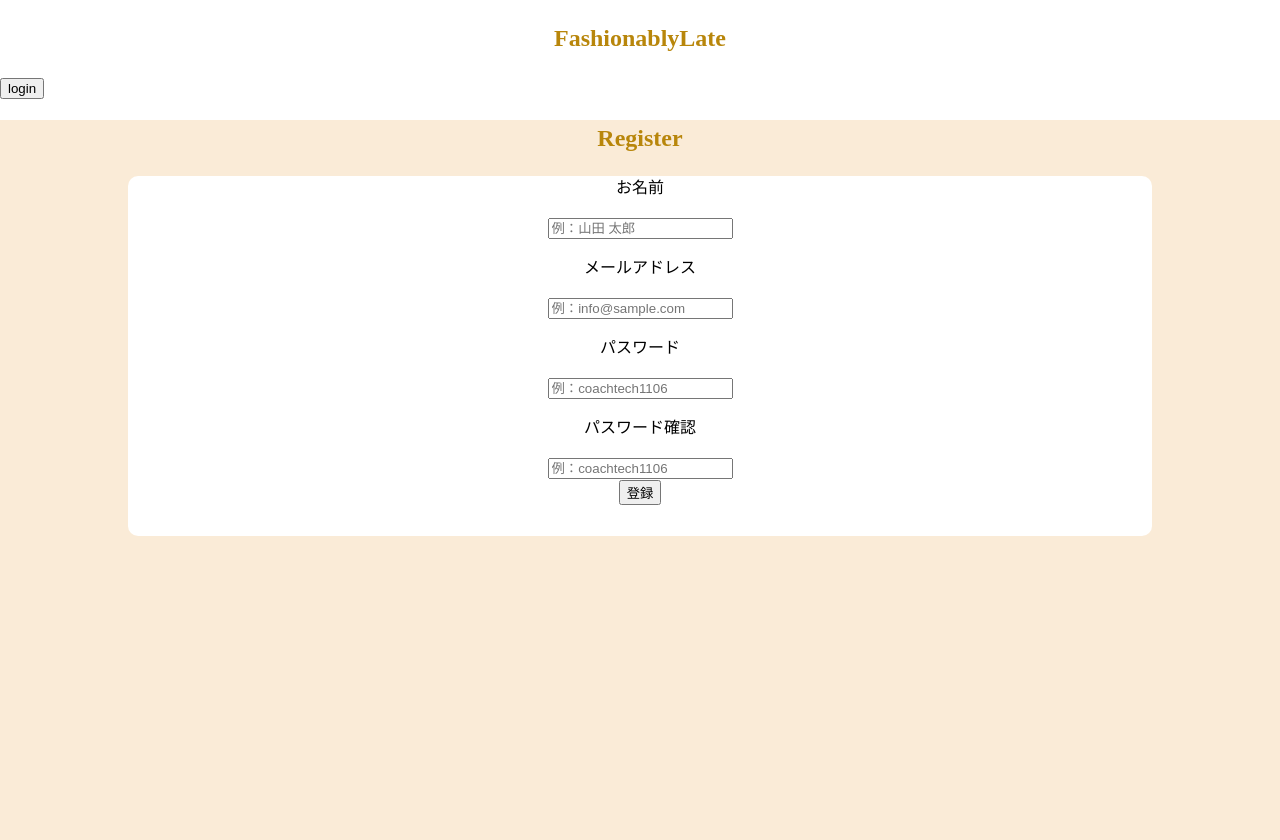
Repository: tokisiro/test-form
Page: http://localhost/register
These files come from the project's save history. The page is drawn as it stood at one moment and after the next save; the edit follows.
The browser window is 1280 px wide. The pictures show the whole page.
The page is served by the project's Laravel application, run on PHP 8.4 with Laravel 8. A made-up administrator, Test User (test@example.com), is signed in. Other server files are loaded and not shown.

Above is the page before, as saved 2025-05-07 20:36:38.

### src/routes/web.php
<?php

use Illuminate\Support\Facades\Route;
use App\Http\Controllers\ContactController;
use App\Http\Controllers\UsersController;
use Laravel\Fortify\Http\Controllers\AuthenticatedSessionController;
use Laravel\Fortify\Http\Controllers\RegisteredUserController;
/*
|--------------------------------------------------------------------------
| Web Routes
|--------------------------------------------------------------------------
|
| Here is where you can register web routes for your application. These
| routes are loaded by the RouteServiceProvider within a group which
| contains the "web" middleware group. Now create something great!
|
*/

Route::get('/',[ContactController::class, 'index']);
Route::post('/confirm',[ContactController::class, 'confirm']);
Route::post('/create',[ContactController::class, 'create']);

Route::post('/admin',[UsersController::class, 'admin']);
Route::get('/register',[UsersController::class, 'register']);




Route::middleware('auth')->group(function () {
    Route::get('/admin', [UsersController::class, 'admin']);
});

### src/app/Models/User.php
<?php

namespace App\Models;

use Illuminate\Contracts\Auth\MustVerifyEmail;
use Illuminate\Database\Eloquent\Factories\HasFactory;
use Illuminate\Foundation\Auth\User as Authenticatable;
use Illuminate\Notifications\Notifiable;
use Laravel\Sanctum\HasApiTokens;

class User extends Authenticatable
{
    use HasApiTokens, HasFactory, Notifiable;
    protected $table = 'users';

    /**
     * The attributes that are mass assignable.
     *
     * @var array<int, string>
     */
    protected $fillable = [
        'name',
        'email',
        'password',
        'remember_token',
    ];

    /**
     * The attributes that should be hidden for serialization.
     *
     * @var array<int, string>
     */
    protected $hidden = [
        'password',
        'remember_token',
    ];

    /**
     * The attributes that should be cast.
     *
     * @var array<string, string>
     */
    protected $casts = [
        'email_verified_at' => 'datetime',
    ];

    public function contacts()
{
    return $this->hasMany(Contact::class);
}
}

### src/app/Http/Controllers/UsersController.php
<?php

namespace App\Http\Controllers;

use App\Models\Category;
use App\Models\Contact;
use App\Models\User;
use Illuminate\Http\Request;
use App\Http\Requests\RegisterUserRequest;

//管理者用
class UsersController extends Controller
{
    public function register(){
        return view('register');
    }
    public function create(RegisterUserRequest $request){
        $form = $request->all();
        User::create($form);
        return view('login');
    }
    public function login(){
        return view('login');
    }
    public function admin(){


        $contacts = Contact::all()->map(function($contact) {
        switch($contact->gender) {
        case 1:
            $contact->gender_text = '男性';
            break;
        case 2:
            $contact->gender_text = '女性';
            break;
        case 3:
            $contact->gender_text = 'その他';
            break;
        default:
            $contact->gender_text = '';
            break;
        }
        // お問い合わせ内容を変換
        switch($contact->category_id) {
        case 1:
            $contact->category_name = '商品のお届けについて';
            break;
        case 2:
            $contact->category_name = '商品の交換について';
            break;
        case 3:
            $contact->category_name = '商品トラブル';
            break;
        case 4:
            $contact->category_name = 'ショップへのお問い合わせ';
            break;
        case 5:
            $contact->category_name = 'その他';
            break;
        default:
            $contact->category_name = '';
            break;
        }
        return $contact;
    });

    // もしももともと contacts がなければ空のコレクションを設定
    if ($contacts->isEmpty()) {
        $contacts = collect();
    }

    // ビューに渡す
    return view('admin', ['contacts' => $contacts]);


    }
}

### src/resources/views/register.blade.php
<!DOCTYPE html>
<html lang="ja">
<head>
    <meta charset="UTF-8">
    <meta http-equiv="X-UA-Compatible" content="IE=edge">
    <meta name="viewport" content="width=device-width, initial-scale=1.0">
    <title>FashionablyLate</title>
    <link rel="stylesheet" href="css/sanitize.css" />
    <link rel="stylesheet" href="css/register.css" />
</head>
<body>
    <!--ユーザー登録ページ-->
    <header class="header">
        <div class="header__inner">
            <a class="header__logo" href="/">
                FashionablyLate
            </a>
        </div>
        <div>
            <a class="header__button" href="/login">
                <button class="header__button-item">
                    login
                </button>
            </a>
        </div>
    </header>
    <main>
        <div class="register-form">
            <div class="register-form__title">
                <h2>Register</h2>
            </div>
            <div class="register-form__content">
                    <div class="register-form__content-item">
                        <form action="/register" method="post">
                            @csrf
                            @if (count($errors) > 0)
                            <ul>
                                @foreach ($errors->all() as $error)
                                    <li>{{$error}}</li>
                                @endforeach
                            </ul>
                        @endif
                            <p>お名前</p>
                            <input type="text" name="name" value="{{ old('name') }}" placeholder="例：山田 太郎">
                            <p>メールアドレス</p>
                            <input type="email" name="email" value="{{ old('email') }}" placeholder="例：info@sample.com">
                            <p>パスワード</p>
                            <input type="password" name="password" placeholder="例：coachtech1106">
                            <p>パスワード確認</p>
                            <input type="password" name="password_confirmation" placeholder="例：coachtech1106">
                            <div class="register-form__button">
                            <button class="register-form__button-submit" type="submit">
                                登録
                            </button>
                        </div>
                        </form>
                    </div>
                <!--ボタン類を記述-->
                </div>
            </div>
        </div>
    </main>
</body>
</html>

### src/public/css/sanitize.css
/* Document
* ========================================================================== */

/**
* Add border box sizing in all browsers (opinionated).
*/

*,
::before,
::after {
    box-sizing: border-box;
}

/**
* 1. Add text decoration inheritance in all browsers (opinionated).
* 2. Add vertical alignment inheritance in all browsers (opinionated).
*/

::before,
::after {
    vertical-align: inherit;
    /* 2 */
    text-decoration: inherit;
    /* 1 */
}

/**
* 1. Use the default cursor in all browsers (opinionated).
* 2. Change the line height in all browsers (opinionated).
* 3. Use a 4-space tab width in all browsers (opinionated).
* 4. Remove the grey highlight on links in iOS (opinionated).
* 5. Prevent adjustments of font size after orientation changes in
*    IE on Windows Phone and in iOS.
* 6. Breaks words to prevent overflow in all browsers (opinionated).
*/

html {
    word-break: break-word;
    /* 6 */
    -moz-tab-size: 4;
    /* 3 */
    tab-size: 4;
    /* 3 */
    line-height: 1.5;
    /* 2 */
    cursor: default;
    /* 1 */

    -webkit-tap-highlight-color: transparent
        /* 4 */
    ;
    -ms-text-size-adjust: 100%;
    /* 5 */
    -webkit-text-size-adjust: 100%;
    /* 5 */
}

/* Sections
* ========================================================================== */

/**
* Remove the margin in all browsers (opinionated).
*/

body {
    margin: 0;
}

/**
* Correct the font size and margin on `h1` elements within `section` and
* `article` contexts in Chrome, Edge, Firefox, and Safari.
*/

h1 {
    margin: 0.67em 0;
    font-size: 2em;
}

/* Grouping content
* ========================================================================== */

/**
* Remove the margin on nested lists in Chrome, Edge, IE, and Safari.
*/

dl dl,
dl ol,
dl ul,
ol dl,
ul dl {
    margin: 0;
}

/**
* Remove the margin on nested lists in Edge 18- and IE.
*/

ol ol,
ol ul,
ul ol,
ul ul {
    margin: 0;
}

/**
* 1. Add the correct sizing in Firefox.
* 2. Show the overflow in Edge 18- and IE.
*/

hr {
    overflow: visible;
    /* 2 */
    height: 0;
    /* 1 */
}

/**
* Add the correct display in IE.
*/

main {
    display: block;
}

/**
* Remove the list style on navigation lists in all browsers (opinionated).
*/

nav ol,
nav ul {
    padding: 0;
    list-style: none;
}

/**
* 1. Correct the inheritance and scaling of font size in all browsers.
* 2. Correct the odd `em` font sizing in all browsers.
*/

pre {
    font-size: 1em;
    /* 2 */
    font-family: monospace, monospace;
    /* 1 */
}

/* Text-level semantics
* ========================================================================== */

/**
* Remove the gray background on active links in IE 10.
*/

a {
    background-color: transparent;
}

/**
* Add the correct text decoration in Edge 18-, IE, and Safari.
*/

abbr[title] {
    text-decoration: underline;
    text-decoration: underline dotted;
}

/**
* Add the correct font weight in Chrome, Edge, and Safari.
*/

b,
strong {
    font-weight: bolder;
}

/**
* 1. Correct the inheritance and scaling of font size in all browsers.
* 2. Correct the odd `em` font sizing in all browsers.
*/

code,
kbd,
samp {
    font-size: 1em;
    /* 2 */
    font-family: monospace, monospace;
    /* 1 */
}

/**
* Add the correct font size in all browsers.
*/

small {
    font-size: 80%;
}

/* Embedded content
* ========================================================================== */

/*
* Change the alignment on media elements in all browsers (opinionated).
*/

audio,
canvas,
iframe,
img,
svg,
video {
    vertical-align: middle;
}

/**
* Add the correct display in IE 9-.
*/

audio,
video {
    display: inline-block;
}

/**
* Add the correct display in iOS 4-7.
*/

audio:not([controls]) {
    display: none;
    height: 0;
}

/**
* Remove the border on iframes in all browsers (opinionated).
*/

iframe {
    border-style: none;
}

/**
* Remove the border on images within links in IE 10-.
*/

img {
    border-style: none;
}

/**
* Change the fill color to match the text color in all browsers (opinionated).
*/

svg:not([fill]) {
    fill: currentColor;
}

/**
* Hide the overflow in IE.
*/

svg:not(:root) {
    overflow: hidden;
}

/* Tabular data
* ========================================================================== */

/**
* Collapse border spacing in all browsers (opinionated).
*/

table {
    border-collapse: collapse;
}

/* Forms
* ========================================================================== */

/**
* Remove the margin on controls in Safari.
*/

button,
input,
select {
    margin: 0;
}

/**
* 1. Show the overflow in IE.
* 2. Remove the inheritance of text transform in Edge 18-, Firefox, and IE.
*/

button {
    overflow: visible;
    /* 1 */
    text-transform: none;
    /* 2 */
}

/**
* Correct the inability to style buttons in iOS and Safari.
*/

button,
[type="button"],
[type="reset"],
[type="submit"] {
    -webkit-appearance: button;
}

/**
* 1. Change the inconsistent appearance in all browsers (opinionated).
* 2. Correct the padding in Firefox.
*/

fieldset {
    padding: 0.35em 0.75em 0.625em;
    /* 2 */
    border: 1px solid #a0a0a0;
    /* 1 */
}

/**
* Show the overflow in Edge 18- and IE.
*/

input {
    overflow: visible;
}

/**
* 1. Correct the text wrapping in Edge 18- and IE.
* 2. Correct the color inheritance from `fieldset` elements in IE.
*/

legend {
    display: table;
    /* 1 */
    max-width: 100%;
    /* 1 */
    color: inherit;
    /* 2 */
    white-space: normal;
    /* 1 */
}

/**
* 1. Add the correct display in Edge 18- and IE.
* 2. Add the correct vertical alignment in Chrome, Edge, and Firefox.
*/

progress {
    display: inline-block;
    /* 1 */
    vertical-align: baseline;
    /* 2 */
}

/**
* Remove the inheritance of text transform in Firefox.
*/

select {
    text-transform: none;
}

/**
* 1. Remove the margin in Firefox and Safari.
* 2. Remove the default vertical scrollbar in IE.
* 3. Change the resize direction in all browsers (opinionated).
*/

textarea {
    overflow: auto;
    /* 2 */
    margin: 0;
    /* 1 */
    resize: vertical;
    /* 3 */
}

/**
* Remove the padding in IE 10-.
*/

[type="checkbox"],
[type="radio"] {
    padding: 0;
}

/**
* 1. Correct the odd appearance in Chrome, Edge, and Safari.
* 2. Correct the outline style in Safari.
*/

[type="search"] {
    outline-offset: -2px;
    /* 2 */

    -webkit-appearance: textfield;
    /* 1 */
}

/**
* Correct the cursor style of increment and decrement buttons in Safari.
*/

::-webkit-inner-spin-button,
::-webkit-outer-spin-button {
    height: auto;
}

/**
* Correct the text style of placeholders in Chrome, Edge, and Safari.
*/

::-webkit-input-placeholder {
    color: inherit;
    opacity: 0.54;
}

/**
* Remove the inner padding in Chrome, Edge, and Safari on macOS.
*/

::-webkit-search-decoration {
    -webkit-appearance: none;
}

/**
* 1. Correct the inability to style upload buttons in iOS and Safari.
* 2. Change font properties to `inherit` in Safari.
*/

::-webkit-file-upload-button {
    font: inherit;
    /* 2 */

    -webkit-appearance: button;
    /* 1 */
}

/**
* Remove the inner border and padding of focus outlines in Firefox.
*/

::-moz-focus-inner {
    padding: 0;
    border-style: none;
}

/**
* Restore the focus outline styles unset by the previous rule in Firefox.
*/

:-moz-focusring {
    outline: 1px dotted ButtonText;
}

/**
* Remove the additional :invalid styles in Firefox.
*/

:-moz-ui-invalid {
    box-shadow: none;
}

/* Interactive
* ========================================================================== */

/*
* Add the correct display in Edge 18- and IE.
*/

details {
    display: block;
}

/*
* Add the correct styles in Edge 18-, IE, and Safari.
*/

dialog {
    position: absolute;
    right: 0;
    left: 0;
    display: block;
    margin: auto;
    padding: 1em;
    width: -moz-fit-content;
    width: -webkit-fit-content;
    width: fit-content;
    height: -moz-fit-content;
    height: -webkit-fit-content;
    height: fit-content;
    border: solid;
    background-color: white;
    color: black;
}

dialog:not([open]) {
    display: none;
}

/*
* Add the correct display in all browsers.
*/

summary {
    display: list-item;
}

/* Scripting
* ========================================================================== */

/**
* Add the correct display in IE 9-.
*/

canvas {
    display: inline-block;
}

/**
* Add the correct display in IE.
*/

template {
    display: none;
}

/* User interaction
* ========================================================================== */

/*
* 1. Remove the tapping delay in IE 10.
* 2. Remove the tapping delay on clickable elements
in all browsers (opinionated).
*/

a,
area,
button,
input,
label,
select,
summary,
textarea,
[tabindex] {
    -ms-touch-action: manipulation;
    /* 1 */
    touch-action: manipulation;
    /* 2 */
}

/**
* Add the correct display in IE 10-.
*/

[hidden] {
    display: none;
}

/* Accessibility
* ========================================================================== */

/**
* Change the cursor on busy elements in all browsers (opinionated).
*/

[aria-busy="true"] {
    cursor: progress;
}

/*
* Change the cursor on control elements in all browsers (opinionated).
*/

[aria-controls] {
    cursor: pointer;
}

/*
* Change the cursor on disabled, not-editable, or otherwise
* inoperable elements in all browsers (opinionated).
*/

[aria-disabled="true"],
[disabled] {
    cursor: not-allowed;
}

/*
* Change the display on visually hidden accessible elements
* in all browsers (opinionated).
*/

[aria-hidden="false"][hidden] {
    display: initial;
}

[aria-hidden="false"][hidden]:not(:focus) {
    position: absolute;
    clip: rect(0, 0, 0, 0);
}

### src/public/css/register.css

.header {
    background-color: white;

}

.header__inner
{
    margin: 0 auto;
    padding: 20px 15px;
    max-width: 1230px;
    text-align: center;
}

.header__logo {
    color: #B8860B;
    text-decoration: none;
    font-weight: bold;
    font-size: 24px;
    font-family: serif;
}





.register-form {
    background-color: antiquewhite;
    height: 100vh;
    text-align: center;
}

.register-form__title{
    color: #B8860B;
    font-family: serif;
}

.register-form__content{
    background-color: white;
    width: 80%;
    height: 50%;
    margin: 0 auto;
    border-radius: 10px;
}

Loaded but not shown: src/app/Http/Controllers/Controller.php (common file)

After the next save:
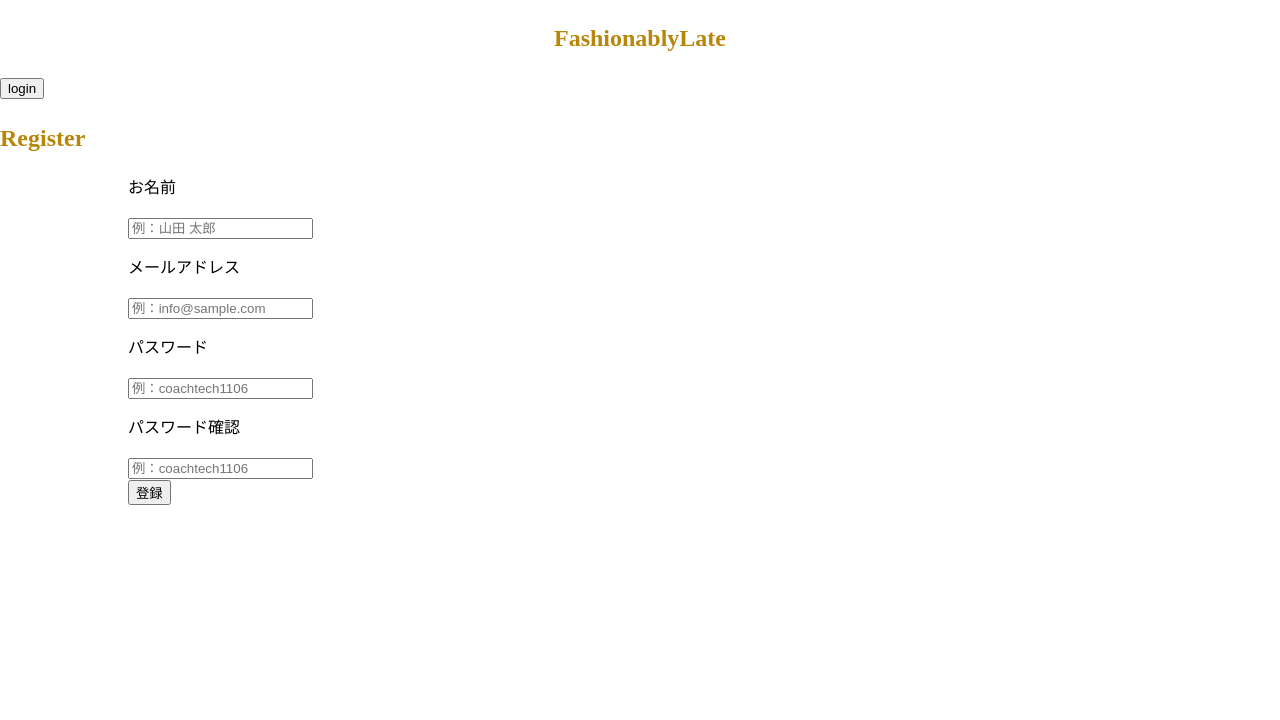
Saved 21 s later.
--- a/src/public/css/register.css
+++ b/src/public/css/register.css
@@ -20,7 +20,7 @@
     font-family: serif;
 }
 
-
+.header
 
 
 

After the 2 saves that followed:
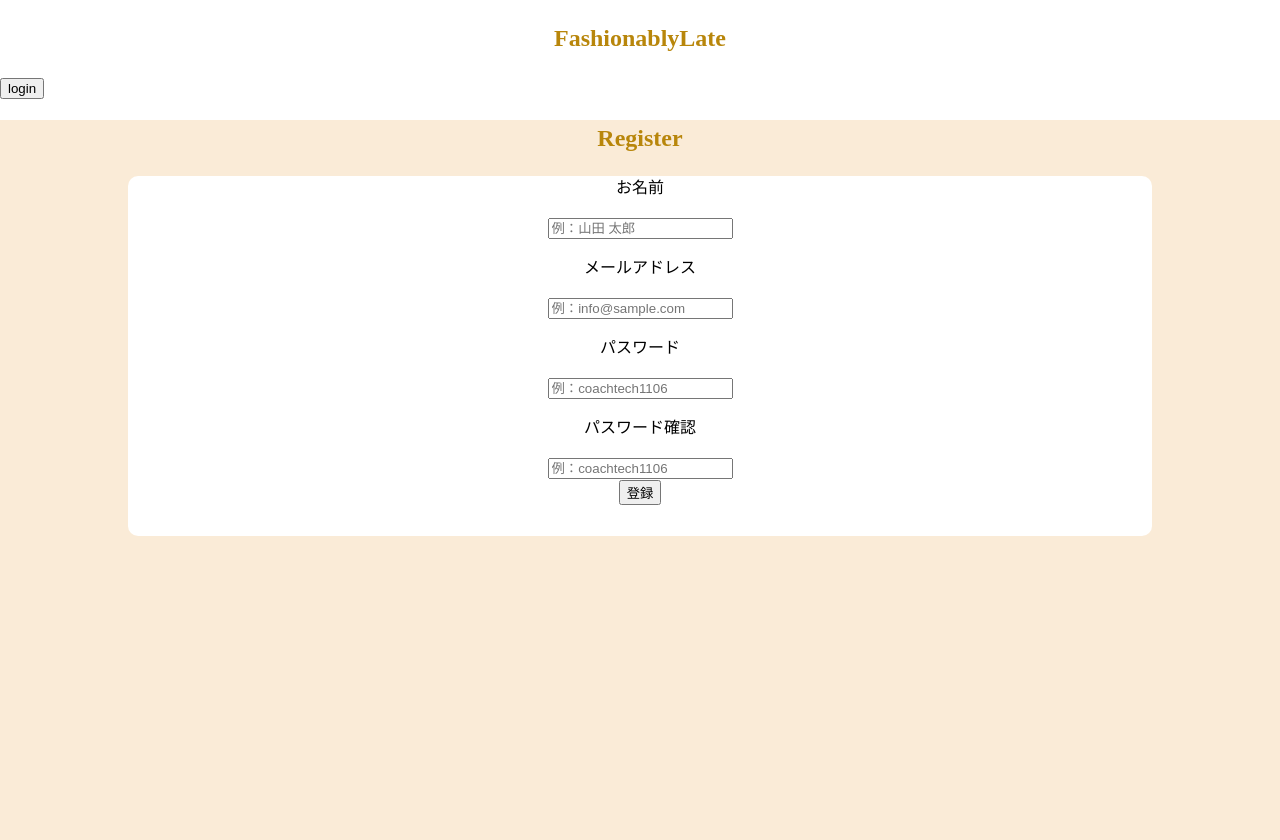
The 2 saves are shown as one change because they came seconds apart.
The last was saved 12 s later.
--- a/src/public/css/register.css
+++ b/src/public/css/register.css
@@ -20,7 +20,9 @@
     font-family: serif;
 }
 
-.header
+.header__button{
+
+}
 
 
 
